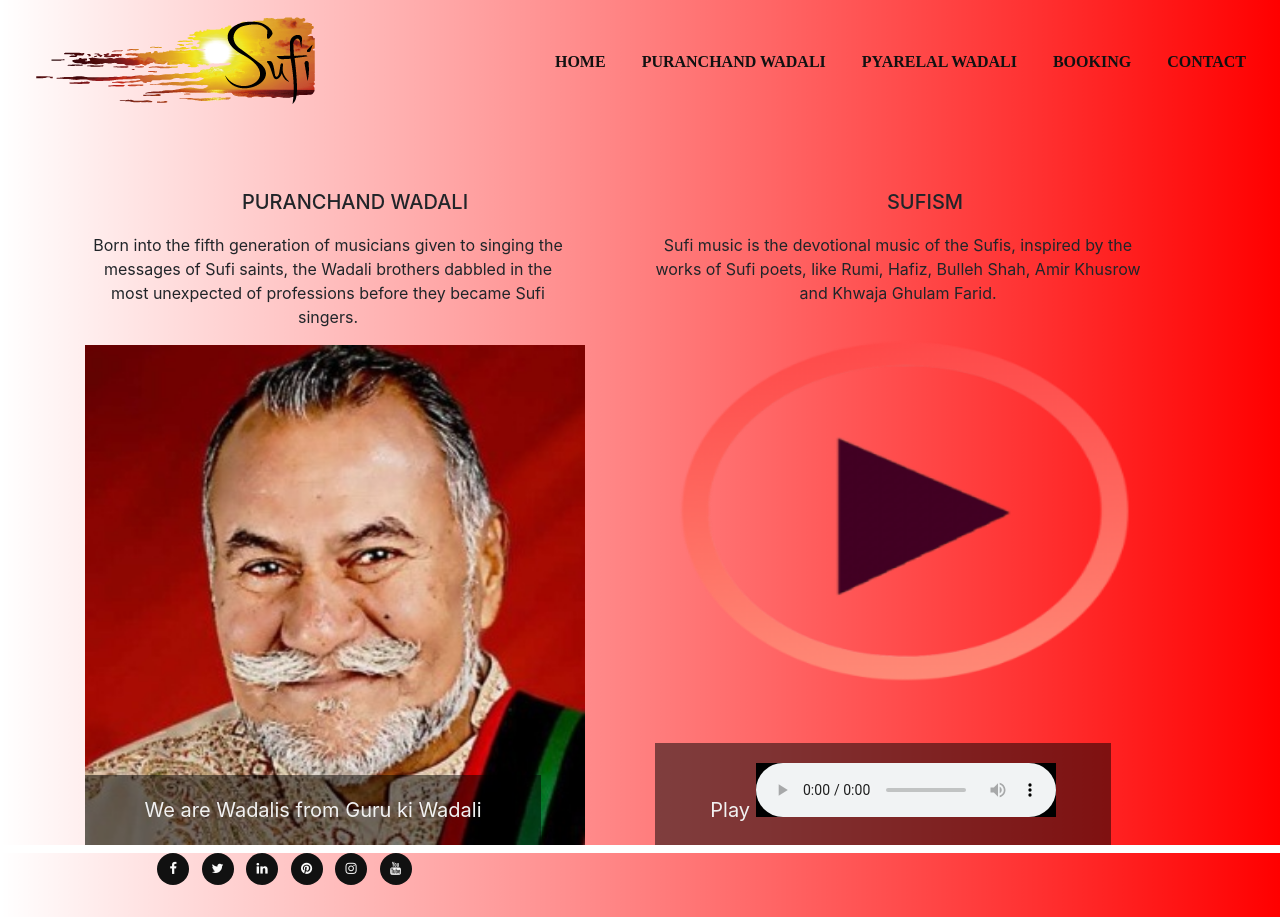
Repository: hankanallt/Wadalis
Page: puran.html
The author's editor kept a record of every edit. The page is drawn from the files as they stood at one moment, then again after the next edit.
The browser window is 1280 px wide. The pictures show the whole page.

Above is the page before.

After the next edit:
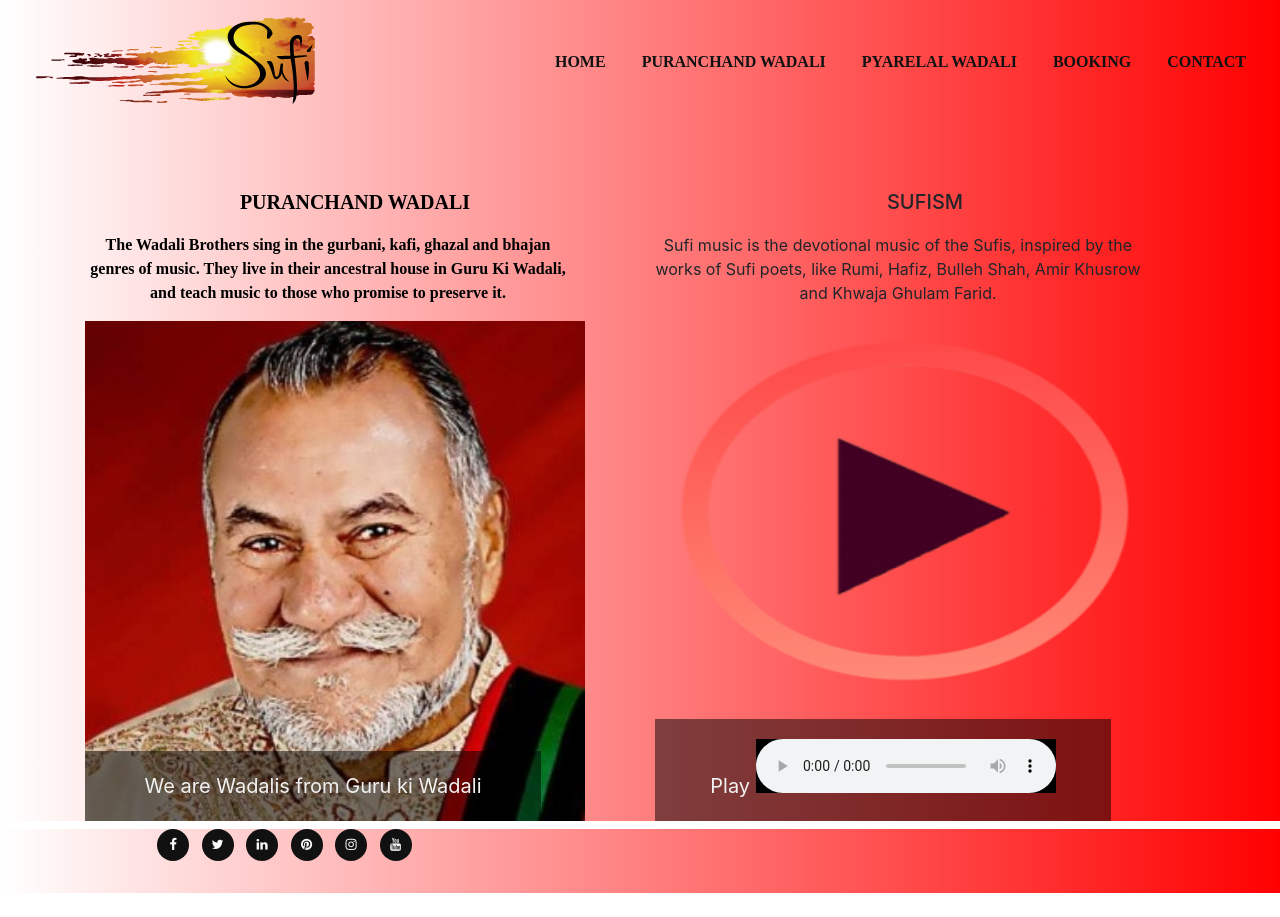
The edit:
--- a/puran.html
+++ b/puran.html
@@ -54,9 +54,9 @@
       <div class="row">
         <div class="col-md-6">
 
-          <p class="title">PURANCHAND WADALI</p>
-          <p class="center">Born into the fifth generation of musicians given to singing the messages of Sufi saints,
-            the Wadali brothers dabbled in the most unexpected of professions before they became Sufi singers.
+          <p class="title"><a href="https://en.wikipedia.org/wiki/Wadali_Brothers">PURANCHAND WADALI</p>
+          <p class="center">The Wadali Brothers sing in the gurbani, kafi, ghazal and bhajan genres of music. They live in their ancestral house in Guru Ki Wadali,
+          and teach music to those who promise to preserve it.
           </p>
           <a href="#"><img src="images/puran.jpg" width="500"></a>
           <div class="overlay">We are Wadalis from Guru ki Wadali
